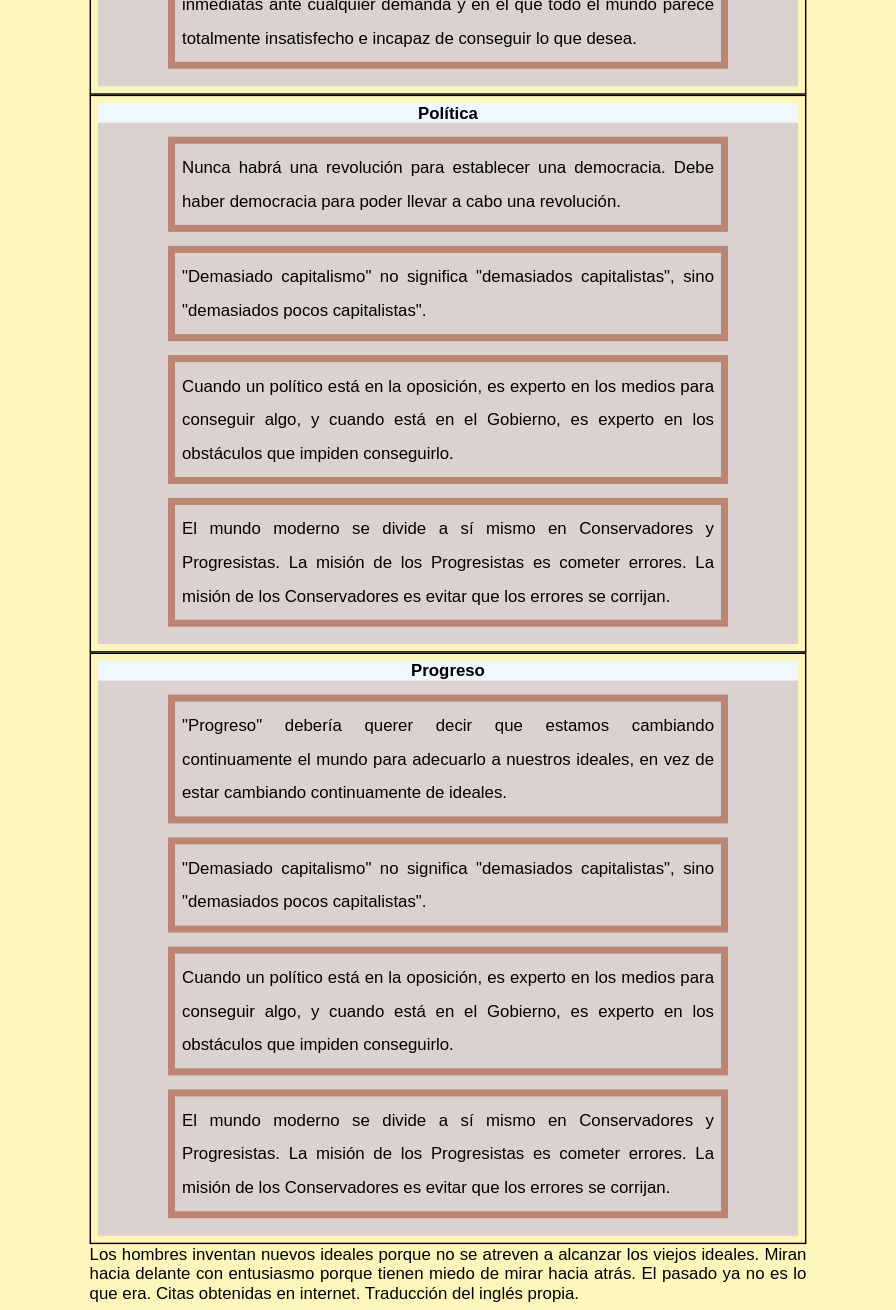
Repository: EmilyMachuca-Developer/Advanced-Programming-Projects
Page: index.html
These files come from the project's save history. The page is drawn as it stood at one moment and after the next save; the edit follows.
The browser window is 1280 px wide. The pictures show the part of the page from y = 865 to 2785 px (the page is 2737 px tall before and 2785 px after), at 70% of full size.

Above is the page before, as saved 2024-02-26 20:43:44.

### index.html
<html lang="es">
<head>
<meta charset="utf-8">
<link rel="stylesheet" href="Taller 2/css/style.css">
<title>Emily Machuca</title>
</head>

<body>
    <div style="background-color: rgb(150, 202, 185);">
        <h1>Citas de Gilbert Keith Chesterton</h1> <br><br>
        <p><strong>Gilbert Keith Chesterton</strong> (Londres, 29 de mayo de 1874 - Beaconsfield, 14 de junio de 1936), más conocido como G. K. Chesterton, fue un escritor y periodista británico de inicios del siglo XX, calificado a menudo como el "príncipe de las paradojas". Cultivó, entre otros géneros, el ensayo, la narración, la biografía, la lírica, el periodismo y el libro de viajes.</p>
        <p>Su personaje más famoso es el Padre Brown, un sacerdote católico de apariencia ingenua, cuya agudeza psicológica hace de él un detective formidable, y que protagonizó más de cincuenta historias reunidas en cinco volúmenes, publicados entre 1911 y 1935.</p>
    </div>
    <main><section><div style="background-color: aliceblue;"><h7><strong><center>Capitalismo</center></strong></h7></div>
        <div><p>Un ciudadano apenas puede distinguir un impuesto de una multa, salvo que la multa suele ser más barata.</p>
            <div><p>"Demasiado capitalismo" no significa "demasiados capitalistas", sino "demasiados pocos capitalistas".</p></div>
            <div><p>El capitalismo es ese sistema comercial que proporciona respuestas inmediatas ante cualquier demanda y en el que todo el mundo parece totalmente insatisfecho e incapaz de conseguir lo que desea.</p></div>
        </div></section></main>

        <main><section><div style="background-color: aliceblue;"><h7><strong><center>Política</center></strong></h7></div>
            <div><p>Nunca habrá una revolución para establecer una democracia. Debe haber democracia para poder llevar a cabo una revolución.</p>
                <div><p>"Demasiado capitalismo" no significa "demasiados capitalistas", sino "demasiados pocos capitalistas".</p></div>
                <div><p>Cuando un político está en la oposición, es experto en los medios para conseguir algo, y cuando está en el Gobierno, es experto en los obstáculos que impiden conseguirlo.</p></div>
                <div><p>El mundo moderno se divide a sí mismo en Conservadores y Progresistas. La misión de los Progresistas es cometer errores. La misión de los Conservadores es evitar que los errores se corrijan.</p></div>
            </div></section></main>

            <main><section><div style="background-color: aliceblue;"><h7><strong><center>Progreso</center></strong></h7></div>
                <div><p>"Progreso" debería querer decir que estamos cambiando continuamente el mundo para adecuarlo a nuestros ideales, en vez de estar cambiando continuamente de ideales.</p>
                    <div><p>"Demasiado capitalismo" no significa "demasiados capitalistas", sino "demasiados pocos capitalistas".</p></div>
                    <div><p>Cuando un político está en la oposición, es experto en los medios para conseguir algo, y cuando está en el Gobierno, es experto en los obstáculos que impiden conseguirlo.</p></div>
                    <div><p>El mundo moderno se divide a sí mismo en Conservadores y Progresistas. La misión de los Progresistas es cometer errores. La misión de los Conservadores es evitar que los errores se corrijan.</p></div>
                </div></section></main>

















Los hombres inventan nuevos ideales porque no se atreven a alcanzar los viejos ideales. Miran hacia delante con entusiasmo porque tienen miedo de mirar hacia atrás.

El pasado ya no es lo que era.

Citas obtenidas en internet. Traducción del inglés propia.
</body>
</html>

### Taller 2/css/style.css
body {
    margin: 10px 10%;
    background-color: fcf6bd;
    font-family: sans-serif;
    font-size: 1.5rem;
    text-align: justify;
  }

  header {
    padding: 0 10px;
    background-color: hwb(0 94% 6% / 0.767);
  }

  h1 {
    margin: 0;
    font-size: 4rem;
    text-align: center;
  }

  main {
    display: block;
    border: rgb(0, 0, 0) 2px solid;
    padding: 10px;

  }

  section {
    padding-bottom: 5px;
    background-color: hwb(17 81% 14%)
  }

  section + section {
    margin-top: 40px;
  }

  h2 {
    margin: 0;
    padding-left: 10px;
    background-color: white;
  }

  section p {
    border: hwb(16 45% 27%)10px solid;
    margin: 20px 10%;
    padding: 10px;
    color: rgb(0, 0, 0);
    line-height: 200%;
  }

  footer {
    border-top: black 5px solid;
    margin: 20px 0;
    padding: 0 10px;
    background-color: hwb(15 50% 40%);
    font-size: 1.2rem;
  }

After the next save:
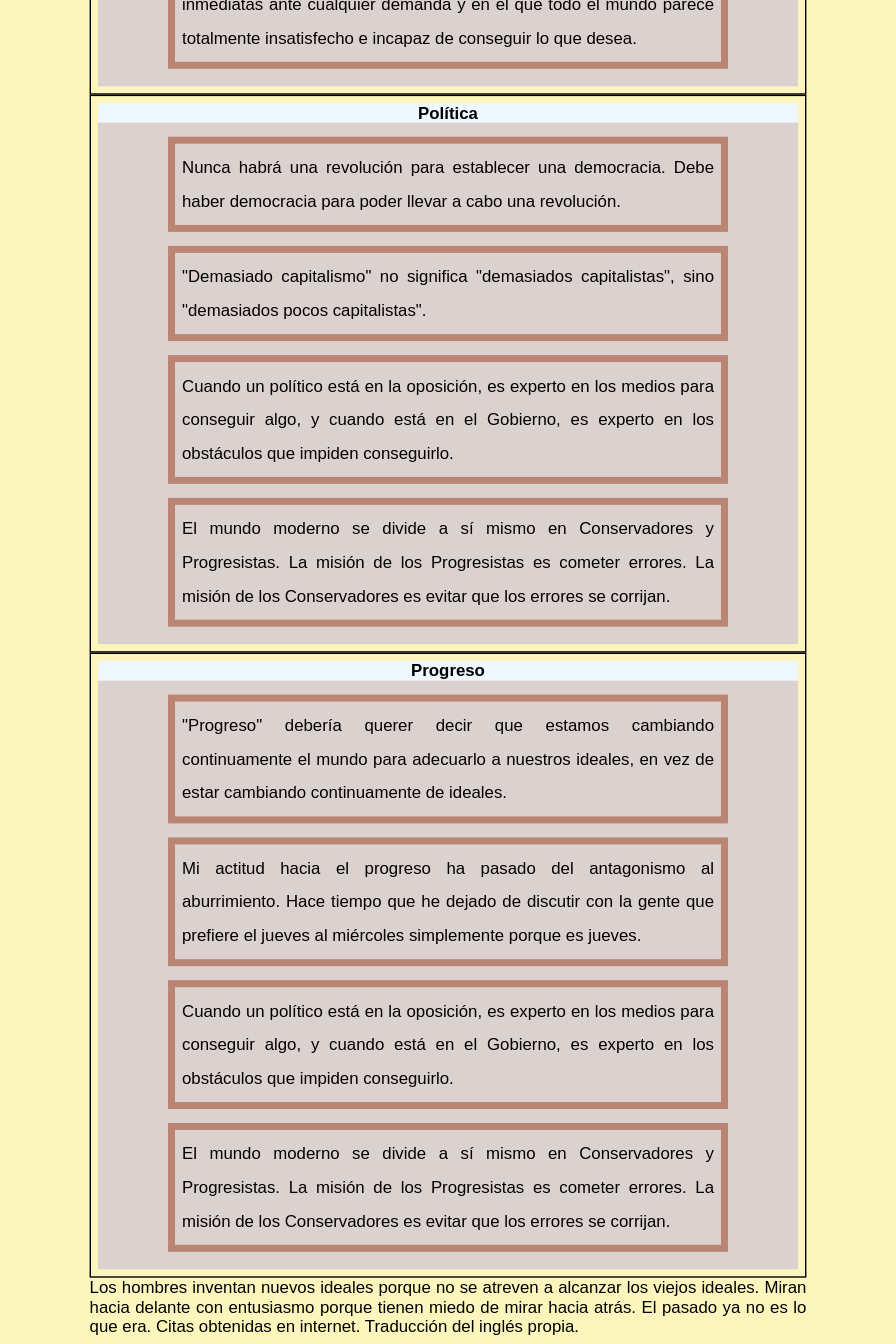
Saved 7 s later.
--- a/index.html
+++ b/index.html
@@ -26,7 +26,7 @@
 
             <main><section><div style="background-color: aliceblue;"><h7><strong><center>Progreso</center></strong></h7></div>
                 <div><p>"Progreso" debería querer decir que estamos cambiando continuamente el mundo para adecuarlo a nuestros ideales, en vez de estar cambiando continuamente de ideales.</p>
-                    <div><p>"Demasiado capitalismo" no significa "demasiados capitalistas", sino "demasiados pocos capitalistas".</p></div>
+                    <div><p>Mi actitud hacia el progreso ha pasado del antagonismo al aburrimiento. Hace tiempo que he dejado de discutir con la gente que prefiere el jueves al miércoles simplemente porque es jueves.</p></div>
                     <div><p>Cuando un político está en la oposición, es experto en los medios para conseguir algo, y cuando está en el Gobierno, es experto en los obstáculos que impiden conseguirlo.</p></div>
                     <div><p>El mundo moderno se divide a sí mismo en Conservadores y Progresistas. La misión de los Progresistas es cometer errores. La misión de los Conservadores es evitar que los errores se corrijan.</p></div>
                 </div></section></main>
